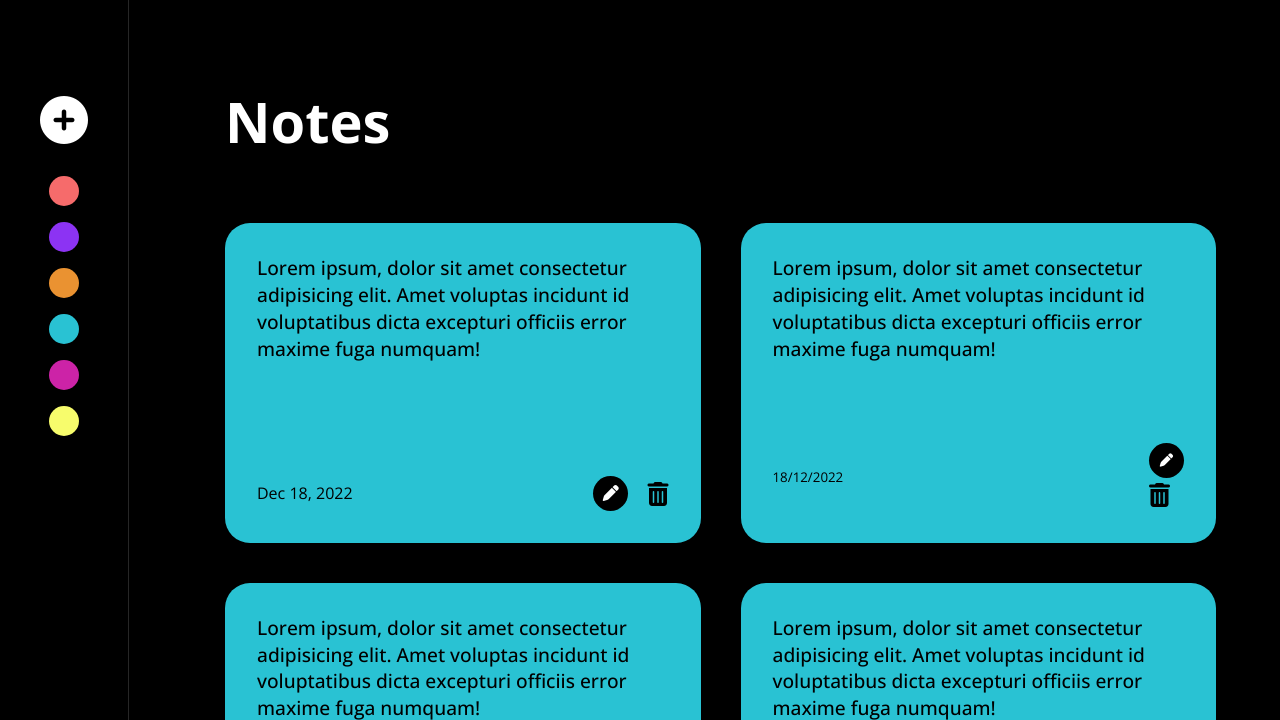
Repository: emiliaiwu/notes_app
Page: index.html
The author's editor kept a copy of each file at every save. The page is drawn from the files as they stood at one save, then again after the next save.
The browser window is 1280 px wide. The pictures show the whole page.
An inner scrolling area shows only its first screen. Some web libraries are served in a nearby version.

Above is the page before, as saved 2022-12-19 23:51:17.

### index.html
<!DOCTYPE html>
<html lang="en">
<head>
    <meta charset="UTF-8">
    <meta http-equiv="X-UA-Compatible" content="IE=edge">
    <meta name="viewport" content="width=device-width, initial-scale=1.0">
    <script src="https://kit.fontawesome.com/fd9c36575f.js" crossorigin="anonymous"></script>
    <link rel="stylesheet" href="style.css">
    <title>Notes App</title>
</head>
<body>
    <div class="container">
        <div class="add">
            <div class="add_card"><i class="fa-solid fa-circle-plus"></i></div>
            <ul class="card_colors">
                <li class="card_color c1"></li>
                <li class="card_color c2"></li>
                <li class="card_color c3"></li>
                <li class="card_color c4"></li>
                <li class="card_color c5"></li>
                <li class="card_color c6"></li>
            </ul>
        </div>
        <div class="cards_container">
            <h1>Notes</h1>
            <div class="cards">

                <div class="card">
                    <p class="text">
                        Lorem ipsum, dolor sit amet consectetur adipisicing elit. Amet voluptas incidunt id voluptatibus dicta excepturi officiis error maxime fuga numquam!
                    </p>
                    <div class="footer close">
                        <div class="date">Dec 18, 2022</div>
                        <div class="edit_delete">
                           <div class="edit"><i class="fa-solid fa-pen"></i></div>
                           <div class="delete"><i class="fa-solid fa-trash-can"></i></div>
                        </div>
                    </div>
                    <div class="footer open">
                        <ul class="edit_settings">
                            <li class="bold"><i class="fa-solid fa-bold"></i></li>
                            <li class="italic"><i class="fa-solid fa-italic"></i></li>
                            <li class="underline"><i class="fa-solid fa-underline"></i></li>
                            <li class="strikethrough"><i class="fa-solid fa-strikethrough"></i></li>
                            <li class="toggleBtn"><i class="fa-solid fa-list-ul"></i></li>
                            <li class="add_image"><i class="fa-solid fa-image"></i></li>
                        </ul>
                    </div>
                </div>

                <div class="card">
                    <span class="text">
                        Lorem ipsum, dolor sit amet consectetur adipisicing elit. Amet voluptas incidunt id voluptatibus dicta excepturi officiis error maxime fuga numquam!
                    </span>
                    <span class="footer close">
                        <small class="date">18/12/2022</small>
                        <span>
                           <small class="edit"><i class="fa-solid fa-pen"></i></small>
                           <small class="delete"><i class="fa-solid fa-trash-can"></i></small>
                        </span>
                    </span>
                    <span class="footer open">
                        <ul class="edit_settings">
                            <li class="bold"><i class="fa-solid fa-bold"></i></li>
                            <li class="italic"><i class="fa-solid fa-italic"></i></li>
                            <li class="underline"><i class="fa-solid fa-underline"></i></li>
                            <li class="strikethrough"><i class="fa-solid fa-strikethrough"></i></li>
                            <li class="toggleBtn"><i class="fa-solid fa-list-ul"></i></li>
                            <li class="add_image"><i class="fa-solid fa-image"></i></li>
                        </ul>
                    </span>
                </div>

                <div class="card">
                    <span class="text">
                        Lorem ipsum, dolor sit amet consectetur adipisicing elit. Amet voluptas incidunt id voluptatibus dicta excepturi officiis error maxime fuga numquam!
                    </span>
                    <span class="footer close">
                        <small class="date">18/12/2022</small>
                        <span>
                           <small class="edit"><i class="fa-solid fa-pen"></i></small>
                           <small class="delete"><i class="fa-solid fa-trash-can"></i></small>
                        </span>
                    </span>
                    <span class="footer open">
                        <ul class="edit_settings">
                            <li class="bold"><i class="fa-solid fa-bold"></i></li>
                            <li class="italic"><i class="fa-solid fa-italic"></i></li>
                            <li class="underline"><i class="fa-solid fa-underline"></i></li>
                            <li class="strikethrough"><i class="fa-solid fa-strikethrough"></i></li>
                            <li class="toggleBtn"><i class="fa-solid fa-list-ul"></i></li>
                            <li class="add_image"><i class="fa-solid fa-image"></i></li>
                        </ul>
                    </span>
                </div>

                <div class="card">
                    <span class="text">
                        Lorem ipsum, dolor sit amet consectetur adipisicing elit. Amet voluptas incidunt id voluptatibus dicta excepturi officiis error maxime fuga numquam!
                    </span>
                    <span class="footer close">
                        <small class="date">18/12/2022</small>
                        <span>
                           <small class="edit"><i class="fa-solid fa-pen"></i></small>
                           <small class="delete"><i class="fa-solid fa-trash-can"></i></small>
                        </span>
                    </span>
                    <span class="footer open">
                        <ul class="edit_settings">
                            <li class="bold"><i class="fa-solid fa-bold"></i></li>
                            <li class="italic"><i class="fa-solid fa-italic"></i></li>
                            <li class="underline"><i class="fa-solid fa-underline"></i></li>
                            <li class="strikethrough"><i class="fa-solid fa-strikethrough"></i></li>
                            <li class="toggleBtn"><i class="fa-solid fa-list-ul"></i></li>
                            <li class="add_image"><i class="fa-solid fa-image"></i></li>
                        </ul>
                    </span>
                </div>


            </div>
        </div>




    </div>

</body>
</html>

### style.css
@import url('https://fonts.googleapis.com/css2?family=Open+Sans:wght@300;400;500;700&display=swap');


* {
    margin: 0;
    padding: 0;
    box-sizing: border-box;
    list-style-type: none;

}

body {
    font-family: 'Open Sans', sans-serif;
    width: 100vw;
    height: 100vh;
    background-color: #000;
    color: #fff;

}

h1 {
    font-size: 3.5rem;
    margin-bottom: 4rem;
    color: #fff;
}

.container {
    display: flex;
    width: 100%;
    height: 100%;
    gap: 2rem;
}

.add {
    border-right: 1px solid rgba(255, 255, 255, 0.15);
    min-height: 100vh;
    display: flex;
    flex-direction: column;
    align-items: center;
    padding: 6rem 2.5rem;

}

.card_color {
    width: 30px;
    height: 30px;
    border-radius: 50%;
    margin-bottom: 1rem;

}

.fa-circle-plus {
    font-size: 3rem;
    margin-bottom: 2rem;
}

.c1 {
    background-color: #F66B6B;
}

.c2 {
    background-color: #8C33F3;
}

.c3 {
    background-color: #EA9231;
}

.c4 {
    background-color: #29C2D3;
}

.c5 {
    background-color: #CC23A7;
}

.c6 {
    background-color: #F7FC6C;
}






/* CARDS CONTAINER */

.cards_container {
    padding: 5.2rem 4rem;
    height: 100%;
    overflow-y: scroll;
    width: 100%;
    color: #000;
}

.cards {
    display: grid;
    grid-template-columns: repeat(auto-fit, minmax(19rem, 1fr));
    gap: 2.5rem;
}

.card {
    display: flex;
    flex-direction: column;
    justify-content: space-between;
    background-color: #29C2D3;
    padding: 2rem 2rem 1rem 2rem;
    border-radius: 25px;
}

.close,
.edit_settings {
    display: flex;
    justify-content: space-between;

}

.text {
    margin-bottom: 5rem;
    font-size: 1.2rem;
    font-weight: 500;
    line-height: 1.4;
}




.edit_delete,
.edit {
    display: flex;
    align-items: center;
}

.edit_delete {
    gap: 1.2rem;
    justify-content: space-between;
}

.edit {
    background-color: #000;
    width: 35px;
    height: 35px;
    border-radius: 50%;
    color: #fff;
    justify-content: center;
}

.delete {
    font-size: 1.5rem;
}

/* .fa-trash-can {
    margin-left: 1rem;
} */






.edit_settings {
    border-top: 1px solid rgba(0, 0, 0, 0.178);;
    width: 100%;
    padding: 1rem;
}

ul li i {
    font-size: 1.2rem;
}












/* OPEN AND CLOSE FUNCTIONALITY */

.open {
    display: none;

}

.close {
    padding-bottom: 1rem;
    align-items: center;
}

After the next save:
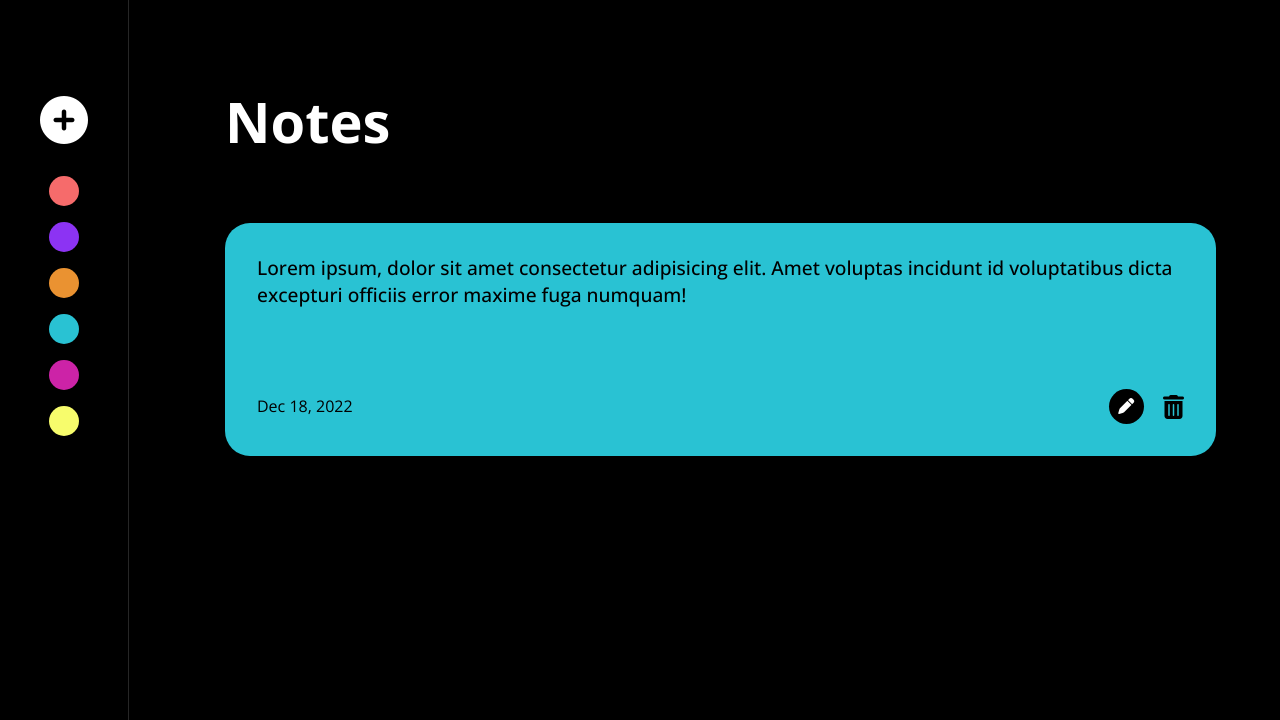
Saved 26 s later.
--- a/index.html
+++ b/index.html
@@ -48,74 +48,7 @@
                     </div>
                 </div>
 
-                <div class="card">
-                    <span class="text">
-                        Lorem ipsum, dolor sit amet consectetur adipisicing elit. Amet voluptas incidunt id voluptatibus dicta excepturi officiis error maxime fuga numquam!
-                    </span>
-                    <span class="footer close">
-                        <small class="date">18/12/2022</small>
-                        <span>
-                           <small class="edit"><i class="fa-solid fa-pen"></i></small>
-                           <small class="delete"><i class="fa-solid fa-trash-can"></i></small>
-                        </span>
-                    </span>
-                    <span class="footer open">
-                        <ul class="edit_settings">
-                            <li class="bold"><i class="fa-solid fa-bold"></i></li>
-                            <li class="italic"><i class="fa-solid fa-italic"></i></li>
-                            <li class="underline"><i class="fa-solid fa-underline"></i></li>
-                            <li class="strikethrough"><i class="fa-solid fa-strikethrough"></i></li>
-                            <li class="toggleBtn"><i class="fa-solid fa-list-ul"></i></li>
-                            <li class="add_image"><i class="fa-solid fa-image"></i></li>
-                        </ul>
-                    </span>
-                </div>
 
-                <div class="card">
-                    <span class="text">
-                        Lorem ipsum, dolor sit amet consectetur adipisicing elit. Amet voluptas incidunt id voluptatibus dicta excepturi officiis error maxime fuga numquam!
-                    </span>
-                    <span class="footer close">
-                        <small class="date">18/12/2022</small>
-                        <span>
-                           <small class="edit"><i class="fa-solid fa-pen"></i></small>
-                           <small class="delete"><i class="fa-solid fa-trash-can"></i></small>
-                        </span>
-                    </span>
-                    <span class="footer open">
-                        <ul class="edit_settings">
-                            <li class="bold"><i class="fa-solid fa-bold"></i></li>
-                            <li class="italic"><i class="fa-solid fa-italic"></i></li>
-                            <li class="underline"><i class="fa-solid fa-underline"></i></li>
-                            <li class="strikethrough"><i class="fa-solid fa-strikethrough"></i></li>
-                            <li class="toggleBtn"><i class="fa-solid fa-list-ul"></i></li>
-                            <li class="add_image"><i class="fa-solid fa-image"></i></li>
-                        </ul>
-                    </span>
-                </div>
-
-                <div class="card">
-                    <span class="text">
-                        Lorem ipsum, dolor sit amet consectetur adipisicing elit. Amet voluptas incidunt id voluptatibus dicta excepturi officiis error maxime fuga numquam!
-                    </span>
-                    <span class="footer close">
-                        <small class="date">18/12/2022</small>
-                        <span>
-                           <small class="edit"><i class="fa-solid fa-pen"></i></small>
-                           <small class="delete"><i class="fa-solid fa-trash-can"></i></small>
-                        </span>
-                    </span>
-                    <span class="footer open">
-                        <ul class="edit_settings">
-                            <li class="bold"><i class="fa-solid fa-bold"></i></li>
-                            <li class="italic"><i class="fa-solid fa-italic"></i></li>
-                            <li class="underline"><i class="fa-solid fa-underline"></i></li>
-                            <li class="strikethrough"><i class="fa-solid fa-strikethrough"></i></li>
-                            <li class="toggleBtn"><i class="fa-solid fa-list-ul"></i></li>
-                            <li class="add_image"><i class="fa-solid fa-image"></i></li>
-                        </ul>
-                    </span>
-                </div>
 
 
             </div>
